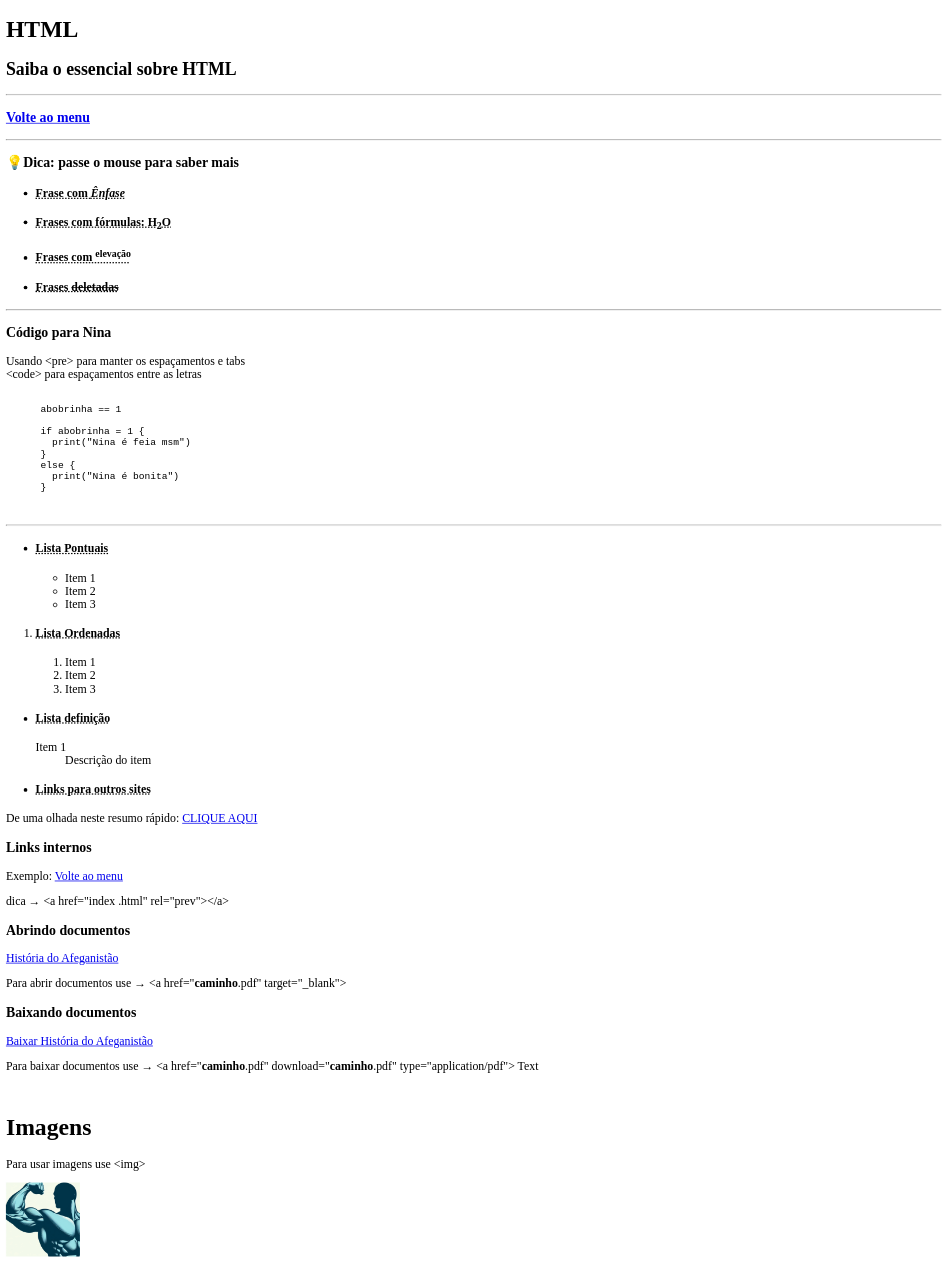
Repository: LuidyOn/Site_Forca_Total
Page: ForçaTotal/sobreHTML.html
An editor plug-in stored every save of this project. The page is shown before and after the next save, followed by the edit.
The browser window is 1280 px wide. The pictures show the whole page, at 74% of full size.

Above is the page before, as saved 2025-05-15 20:49:52.

After the next save:
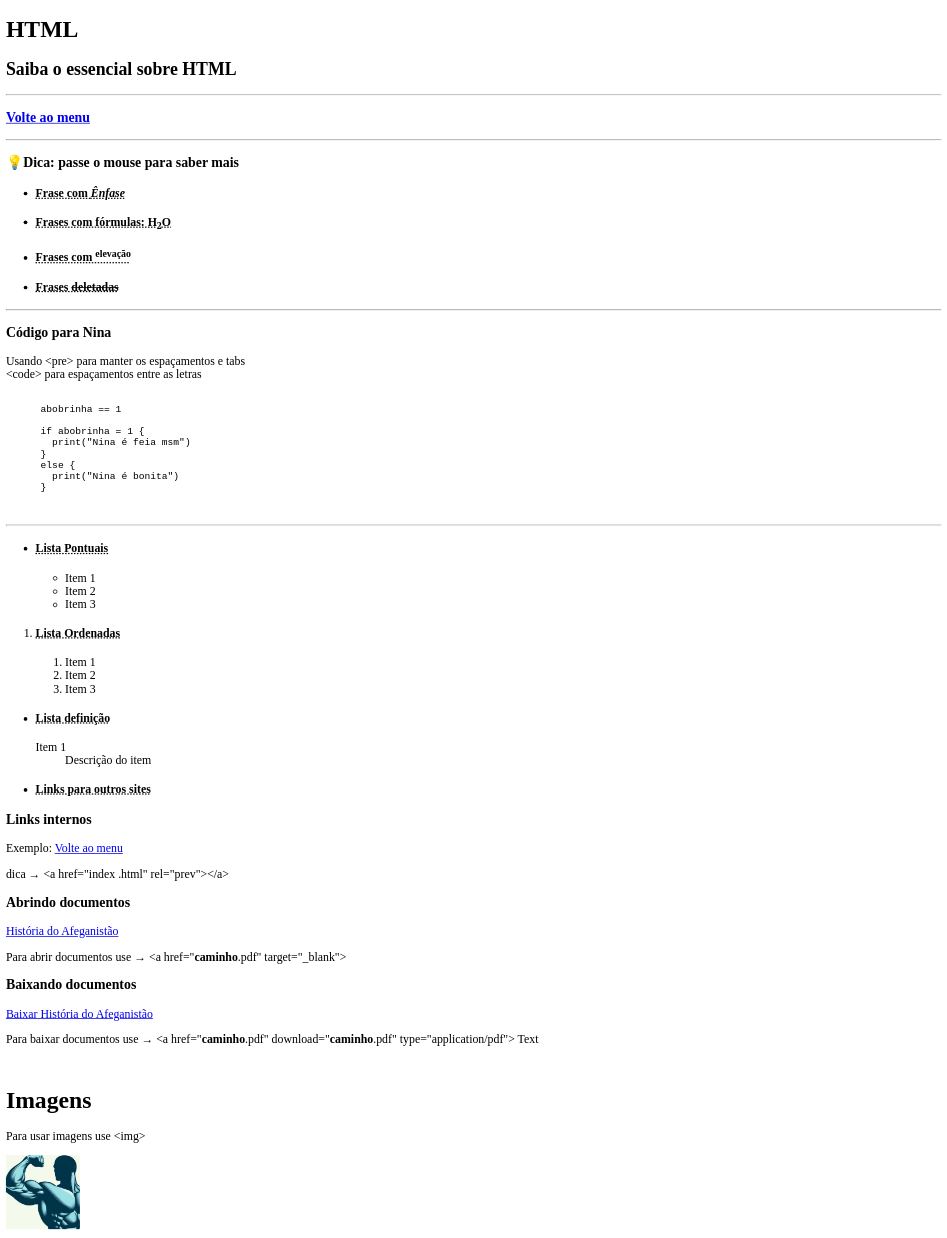
Saved 2 min 34 s later.
--- a/ForçaTotal/sobreHTML.html
+++ b/ForçaTotal/sobreHTML.html
@@ -84,7 +84,7 @@
         </li>
       </ul>
 
-    <p>De uma olhada neste resumo rápido: <a href="https://www.youtube.com/watch?v=dQw4w9WgXcQ" target="_blank" rel="External"> CLIQUE AQUI </a></p>
+
 
 
 
